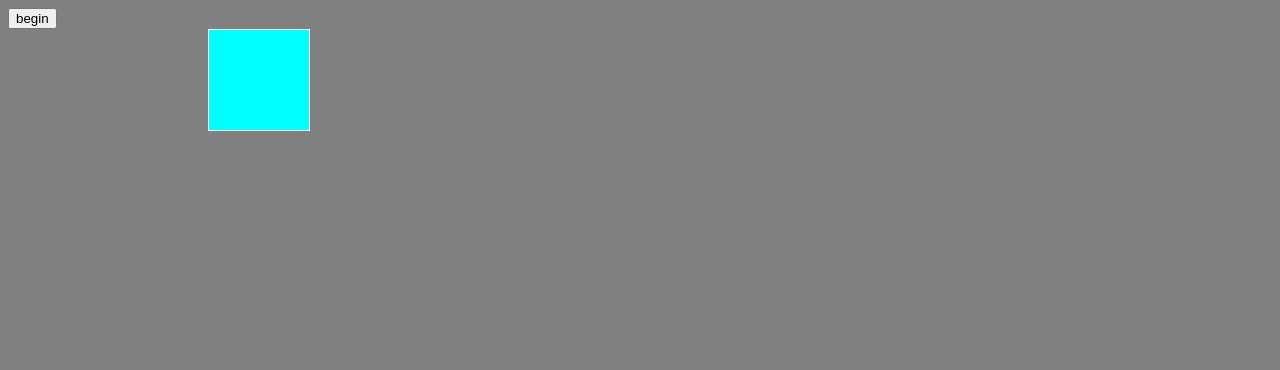
Repository: albinsabu2023/Stopwatch-program
Page: index.html
The author's editor kept a copy of each file at every save. The page is drawn from the files as they stood at one save, then again after the next save.
The browser window is 1280 px wide. The pictures show the whole page.
After loading, the first visible `#button` was clicked once.

Above is the page before, as saved 2023-03-03 19:36:53.

### index.html
<!DOCTYPE html>

<head>
    <meta charset="UTF-8">
    <meta http-equiv="X-UA-Compatible" content="IE=edge">
    <meta name="viewport" content="width=device-width, initial-scale=1.0">
    <link rel="stylesheet" href="style.css">
    <title>Document</title>
</head>
    <button id="button">begin</button>
   <div id="div"></div>

    <script src="index.js"></script>
</body>
</html>

### style.css
body{
color:white;
background-color: gray;
}
#div{
    background-color: aqua;
    height: 100px;
    width: 100px;
    position: relative;
    border: 1px solid;

}

### index.js
//event handlers addEventlistner
//---------------------------
// const innerdiv = document.getElementById("innerdiv");
// const outerdiv = document.getElementById("outerdiv");
// innerdiv.addEventListener("click", changeRed);

// outerdiv.addEventListener("click", changeRed);

// function changeRed() {
//   alert(`you selected ${this.id}`);
//   this.style.backgroundColor = "red";
// }

//toggle the image using a button
//----------------------------
// let img = document.querySelector("#image");
// let bt = document.querySelector("#button");
// bt.addEventListener("click", () => {
//   if (img.style.display == "none") {
//     img.style.display = "block";
//   } else {
//     img.style.display = "none";
//   }
// });
///or

// let img = document.querySelector("#image");
// let bt = document.querySelector("#button");
// bt.addEventListener("click", () => {
//   if (img.style.visibility == "hidden") {
//     img.style.visibility = "visible";
//   } else {
//     img.style.visibility = "hidden";
//   }
// });

//KEY  LISTNER to move a div

// let x = 0;
// let y = 0;
// const div = document.getElementById("div");
// window.addEventListener("keydown", changePos);
// function changePos(event) {
//   switch (event.key) {
//     case "ArrowDown":
//       y += 5;
//       div.style.top = y + "px";
//       break;
//     case "ArrowUp":
//       y -= 5;
//       div.style.top = y + "px";
//       break;
//     case "ArrowRight":
//       x += 5;
//       div.style.left = x + "px";
//       break;
//     case "ArrowLeft":
//       x -= 5;
//       div.style.left = x + "px";
//       break;
//     default:
//       break;
//   }
// }
const btn = document.getElementById("button");
const div = document.getElementById("div");
btn.addEventListener("click", begin);
function begin() {
  let x = 0;
  let y = 0;
  let timer = null;
  timer = setInterval(frame, 5);
  function frame() {
    if (x >= 200 || y > 200) {
      clearInterval(timer);
    } else {
      x += 1;
      y += 1;
      div.style.left = x + "px";
      div.style.left = y + "px";
    }
  }
}

After the next save:
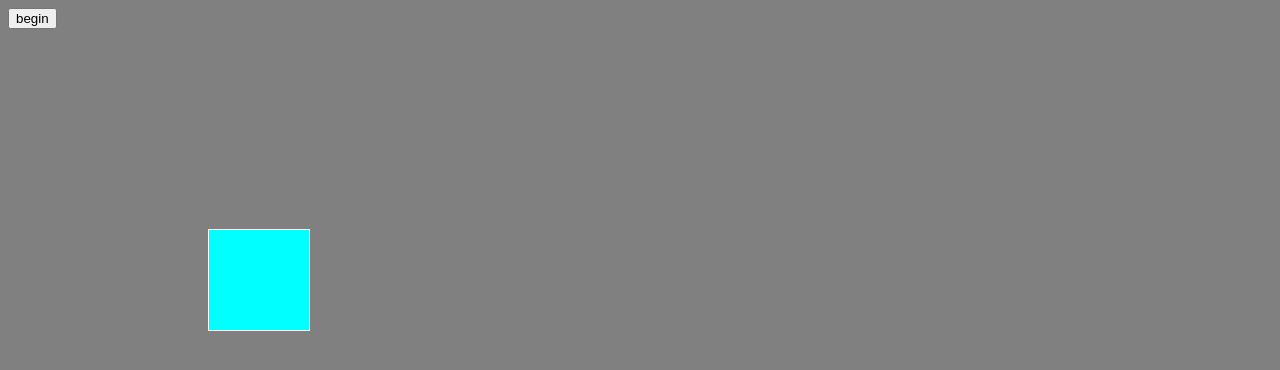
Saved 18 s later.
--- a/index.js
+++ b/index.js
@@ -77,7 +77,7 @@ function begin() {
       x += 1;
       y += 1;
       div.style.left = x + "px";
-      div.style.left = y + "px";
+      div.style.top = y + "px";
     }
   }
 }
